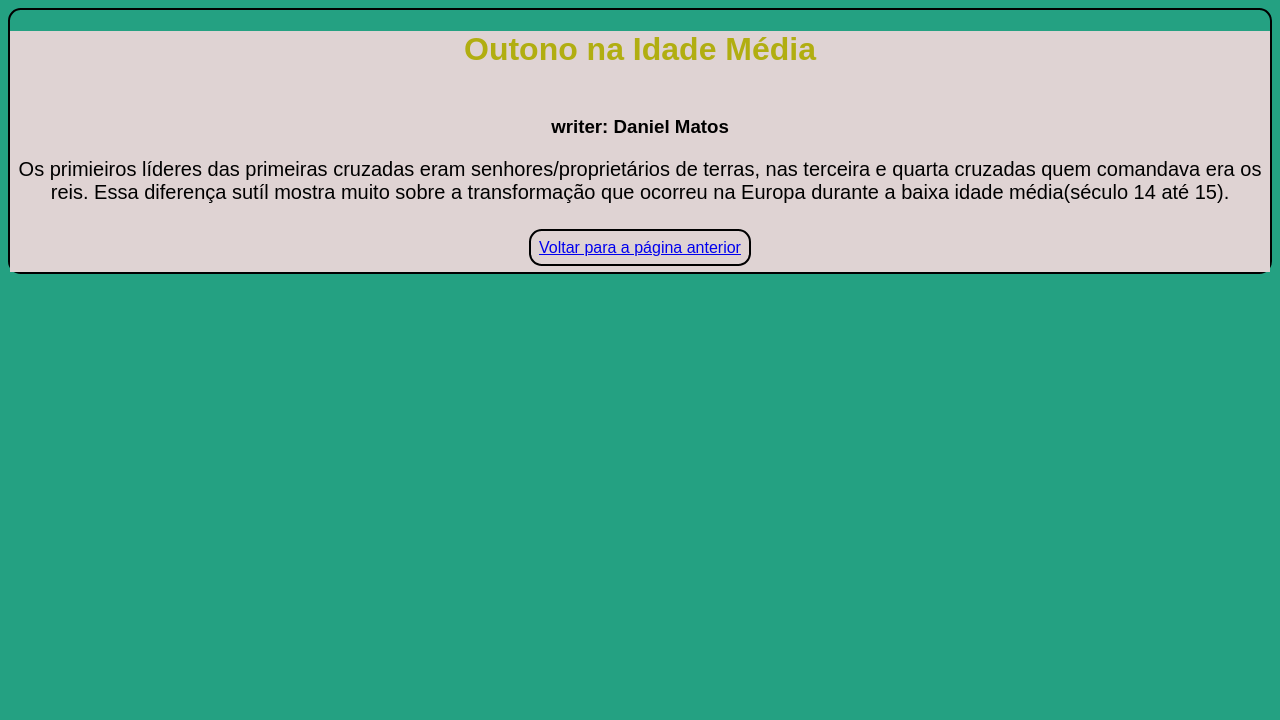
Repository: batmit/FutureFundation.github.io-1
Page: menu/articles/history/ancient/idade_media/outono.html
The author's editor kept a copy of each file at every save. The page is drawn from the files as they stood at one save, then again after the next save.
The browser window is 1280 px wide. The pictures show the whole page.

Above is the page before, as saved 2021-11-11 13:08:25.

After the next save:
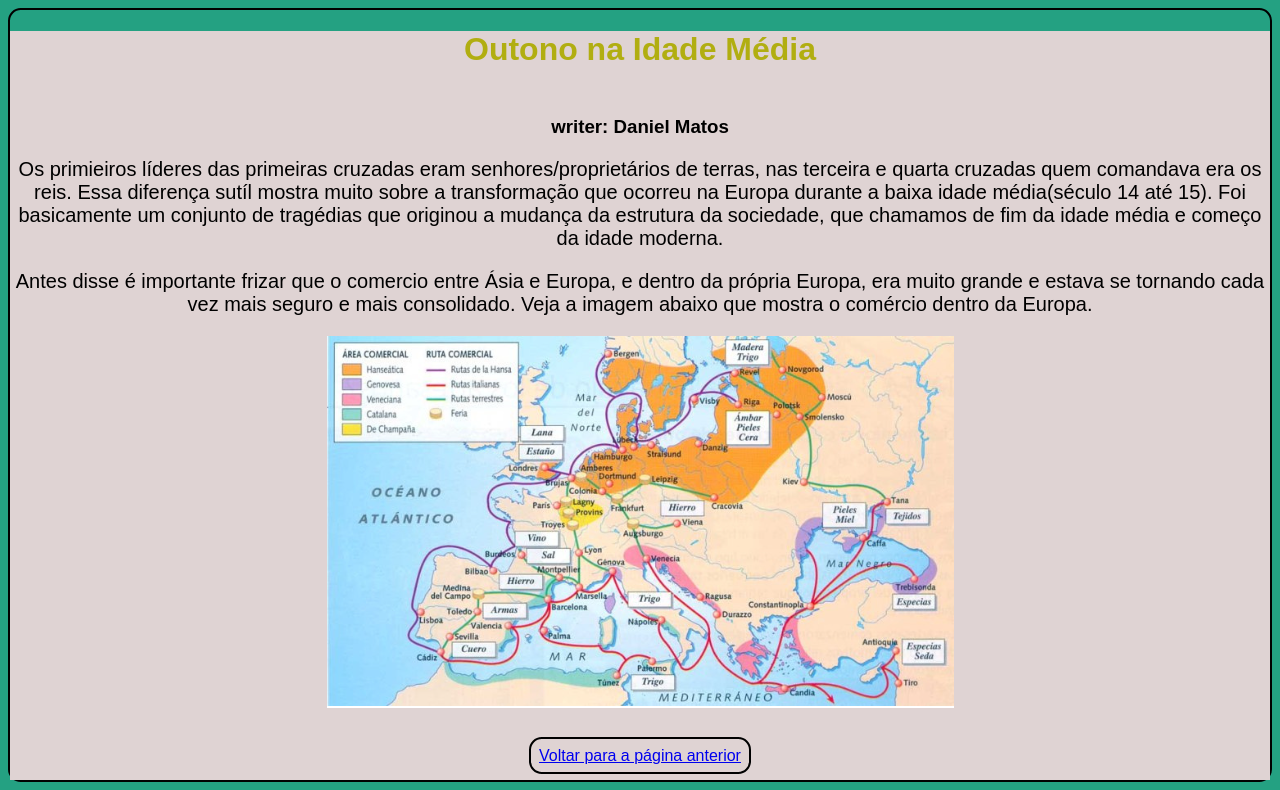
Saved 3 min 56 s later.
--- a/menu/articles/history/ancient/idade_media/outono.html
+++ b/menu/articles/history/ancient/idade_media/outono.html
@@ -1,3 +1,4 @@
+
 <!DOCTYPE html>
 <html lang="pt-BR">
 <head>
@@ -13,8 +14,13 @@
             <h1>Outono na Idade Média</h1>
             <h3>writer: Daniel Matos</h3>
         </header>
-        <p>Os primieiros líderes das primeiras cruzadas eram senhores/proprietários de terras, nas terceira e quarta cruzadas quem comandava era os reis. Essa diferença sutíl mostra muito sobre a transformação que ocorreu na Europa durante a baixa idade média(século 14 até 15). </p>
+        <p>Os primieiros líderes das primeiras cruzadas eram senhores/proprietários de terras, nas terceira e quarta cruzadas quem comandava era os reis. Essa diferença sutíl mostra muito sobre a transformação que ocorreu na Europa durante a baixa idade média(século 14 até 15). Foi basicamente um conjunto de tragédias que originou a mudança da estrutura da sociedade, que chamamos de fim da idade média e começo da idade moderna. </p>
 
+        <p>Antes disse é importante frizar que o comercio entre Ásia e Europa, e dentro da própria Europa, era muito grande e estava se tornando cada vez mais seguro e mais consolidado. Veja a imagem abaixo que mostra o comércio dentro da Europa.</p>
+
+        <img src="./comercio.PNG" alt="comercio entre países europeus">
+
+        <p></p>
 
         <a href="./main.html">Voltar para a página anterior</a>
     </div>
